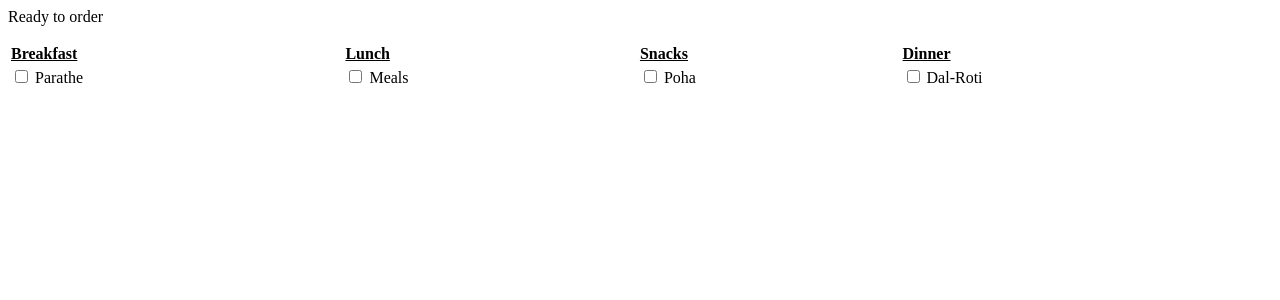
Repository: agarwaljayant7/JavaStuffs
Page: BillingSystem/HotelBillingSystem/WebContent/Menu.html
An editor plug-in stored every save of this project. The page is shown before and after the next save, followed by the edit.
The browser window is 1280 px wide. The pictures show the whole page.

Above is the page before, as saved 2019-12-27 17:05:29.

### BillingSystem/HotelBillingSystem/WebContent/Menu.html
<html>
<head>
<script type="text/javascript" src="Breakfast.js"></script>
</head>
<body>
<p>Ready to order</p>
<form>

<table style="width:100%">
  <tr>
    <td><b><u>Breakfast</u></b></td>
    <td><b><u>Lunch</u></b></td>
    <td><b><u>Snacks</u></b></td>
    <td><b><u>Dinner</u></b></td>
  </tr>
  <tr>
    <td><input type ="checkbox"/> Parathe</td>
    <td><input type ="checkbox"/> Meals</td>
    <td><input type ="checkbox"/> Poha</td>
    <td><input type ="checkbox"/> Dal-Roti</td>
  </tr>
</table>

<!-- <button onclick="myFunction()">Try it</button>

<script>
function myFunction() {
  var x = document.createElement("INPUT");
  x.setAttribute("type", "checkbox");
  document.body.appendChild(x);
}
</script>
 -->

<!-- <input type="button" value="Breakfast" onclick="breakfast()"/>   -->
</form>
</body>
</html>

### BillingSystem/HotelBillingSystem/WebContent/Breakfast.js

function breakfast(){
 //alert("cooking breakfast");


}

After the next save:
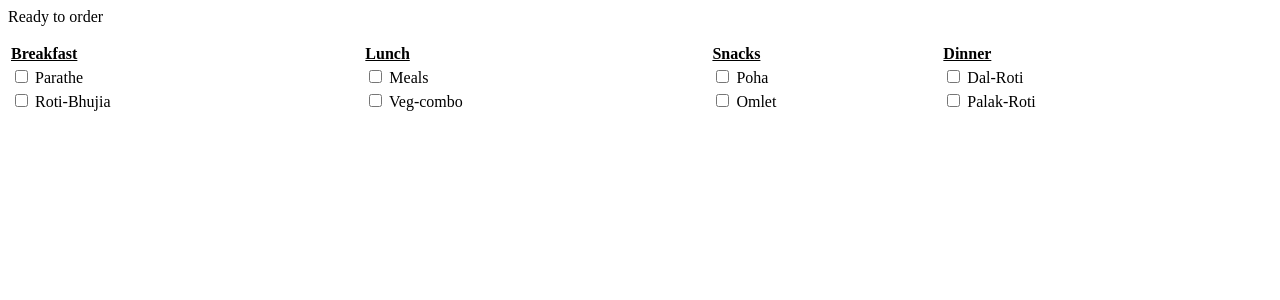
Saved 5 min 30 s later.
--- a/BillingSystem/HotelBillingSystem/WebContent/Menu.html
+++ b/BillingSystem/HotelBillingSystem/WebContent/Menu.html
@@ -19,6 +19,12 @@
     <td><input type ="checkbox"/> Poha</td>
     <td><input type ="checkbox"/> Dal-Roti</td>
   </tr>
+  <tr>
+    <td><input type ="checkbox"/> Roti-Bhujia</td>
+    <td><input type ="checkbox"/> Veg-combo</td>
+    <td><input type ="checkbox"/> Omlet</td>
+    <td><input type ="checkbox"/> Palak-Roti</td>
+  </tr>
 </table>
 
 <!-- <button onclick="myFunction()">Try it</button>
